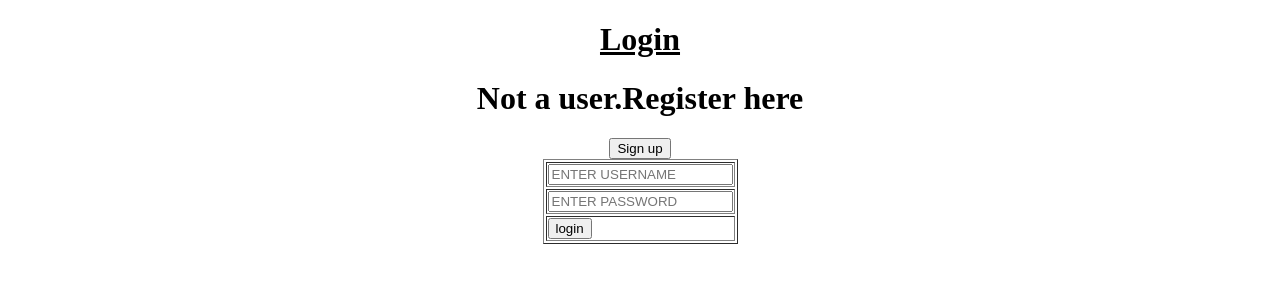
Repository: BhagatAmit/Project0
Page: Banking_web_app/banking_web_application/src/main/webapp/login.html
An editor plug-in stored every save of this project. The page is shown before and after the next save, followed by the edit.
The browser window is 1280 px wide. The pictures show the whole page.

Above is the page before, as saved 2021-07-27 02:54:24.

After the next save:
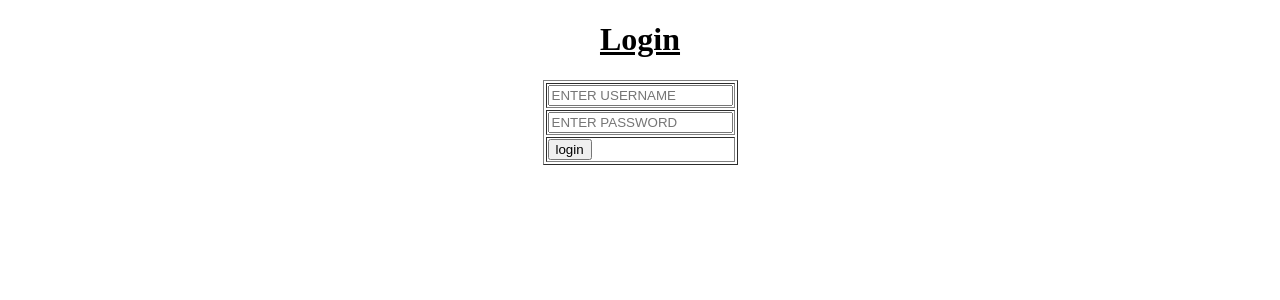
Saved 37 s later.
--- a/Banking_web_app/banking_web_application/src/main/webapp/login.html
+++ b/Banking_web_app/banking_web_application/src/main/webapp/login.html
@@ -19,11 +19,7 @@
 <td><input type="submit" value="login"></td>
 </form>
 
-<h1>Not a user.Register here</h1>
-<form action="">
-    <input type="submit" value="Sign up">
 
-</form>
 </tr>
 </table>
 </form>
